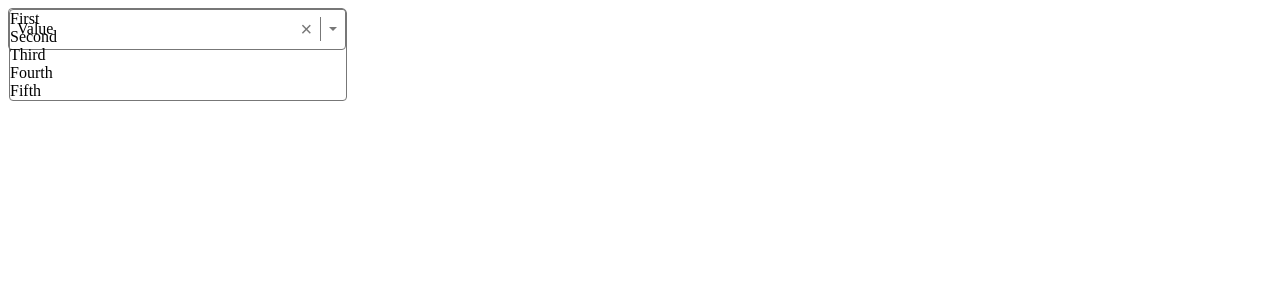
Repository: csabbah/ts-react-custom-select
Page: /
An editor plug-in stored every save of this project. The page is shown before and after a run of saves, followed by the edit.
The browser window is 1280 px wide. The pictures show the whole page.
The project was rebuilt for these pictures with package versions that can differ from the ones it lists, and the page was loaded fresh each time. Also part of the build but not shown: vite.config.ts.

Above is the page before, as saved 2022-12-24 12:00:23.

### src/App.tsx
import { Select } from "./Select";

const options = [
  { label: "First", value: 1 },
  { label: "Second", value: 2 },
  { label: "Third", value: 3 },
  { label: "Fourth", value: 4 },
  { label: "Fifth", value: 5 },
];
function App() {
  return (
    <div>
      <Select options={options} />
    </div>
  );
}

export default App;

### src/Select.tsx
import styles from "./select.module.css";

type SelectOption = {
  label: string;
  value: any;
};

type SelectProps = {
  options: SelectOption[];
  value?: SelectOption; // value? means this value is optional
  onChange: (value: SelectOption | undefined) => void; // Void -  This function returns nothing
};

export function Select({ value, onChange, options }: SelectProps) {
  return (
    <>
      <div tabIndex={0} className={styles.container}>
        <span className={styles.value}>Value</span>
        <button className={styles["clear-btn"]}>&times;</button>
        <div className={styles.divider}></div>
        <div className={styles.caret}></div>
        <ul className={styles.options}>
          {options.map((option) => (
            <li key={option.label} className={styles.option}>
              {option.label}
            </li>
          ))}
        </ul>
      </div>
    </>
  );
}

### src/select.module.css
.container {
  position: relative;
  width: 20em;
  min-height: 1.5em;
  border: 0.1em solid #777;
  display: flex;
  align-items: center;
  gap: 0.5em;
  padding: 0.5em;
  border-radius: 0.25em;
  outline: none;
  transition: 0.1s all ease-in-out;
}

.container:focus {
  border-color: rgb(56, 165, 232);
  transition: 0.1s all ease-in-out;
}

.value {
  flex-grow: 1;
}

.clear-btn {
  background: none;
  color: #777;
  border: none;
  outline: none;
  cursor: pointer;
  padding: 0;
  font-size: 1.25rem;
}

.clear-btn:focus,
.clear-btn:hover {
  color: #333;
}

.divider {
  background-color: #777;
  align-self: stretch;
  width: 0.05em;
}

.caret {
  border: 0.25em solid transparent;
  border-top-color: #777;
  translate: 0 25%;
}

.options {
  position: absolute;
  margin: 0;
  padding: 0;
  list-style: none;
  /* display: none; */
  max-height: 15em;
  overflow-y: auto;
  border: 0.05em solid #777;
  border-radius: 0.25em;
  width: 100%;
  left: 0;
  top: 0;
}

.options.show {
  display: block;
}

Loaded but not shown: index.html (common file); src/main.tsx (common file)

After the next 4 saves:
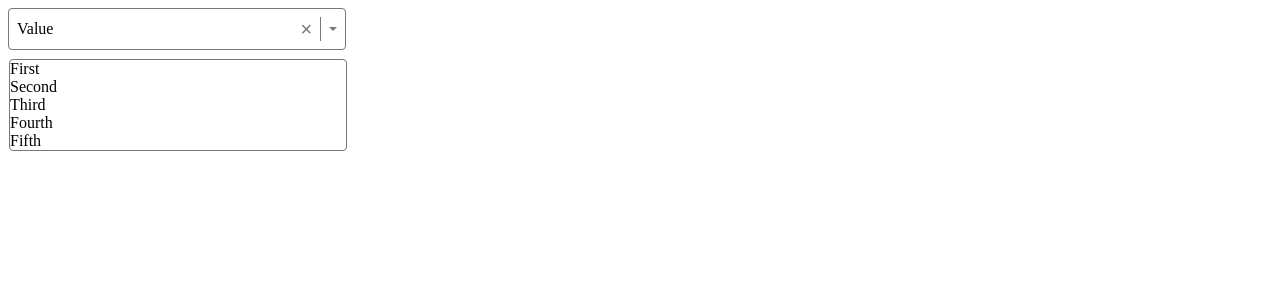
The 4 saves are shown as one change because they came seconds apart.
The last was saved 14 s later.
--- a/src/select.module.css
+++ b/src/select.module.css
@@ -60,7 +60,7 @@
   border-radius: 0.25em;
   width: 100%;
   left: 0;
-  top: 0;
+  top: 50px;
 }
 
 .options.show {
